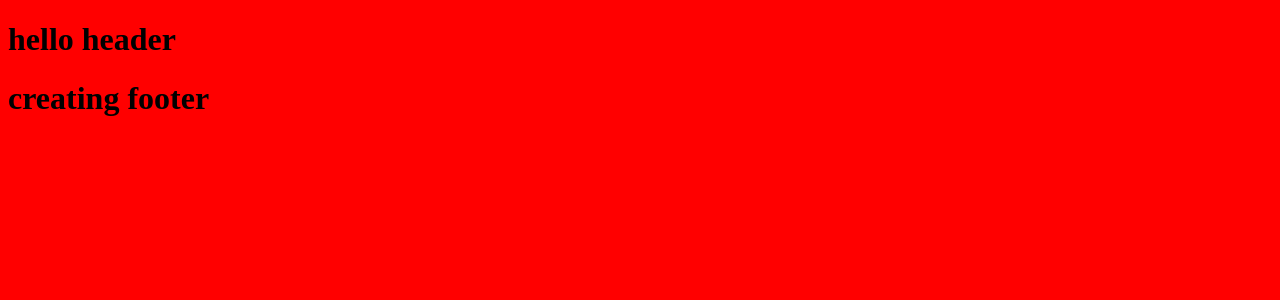
Repository: Rohullah-Noori/shop
Page: index.html
An editor plug-in stored every save of this project. The page is shown before and after the next save, followed by the edit.
The browser window is 1280 px wide. The pictures show the whole page.

Above is the page before, as saved 2025-03-03 15:57:55.

After the next save:
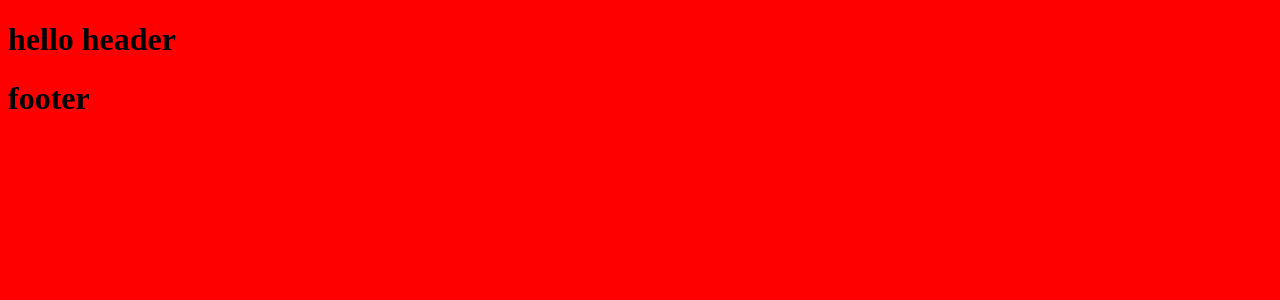
Saved 10 min 27 s later.
--- a/index.html
+++ b/index.html
@@ -14,6 +14,6 @@
     <h1>hello header</h1>
   </body>
   <footer>
-    <h1>creating footer</h1>
+    <h1>footer</h1>
   </footer>
 </html>
